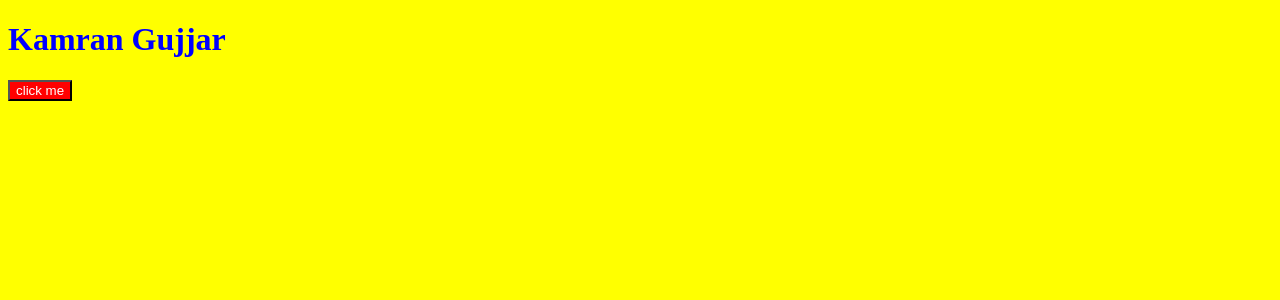
Repository: Kamrangujjar85112/Javascript-Vanilla-Projects
Page: index.html
These files come from the project's save history. The page is drawn as it stood at one moment and after the next save; the edit follows.
The browser window is 1280 px wide. The pictures show the whole page.

Above is the page before, as saved 2022-01-16 20:32:45.

After the next save:
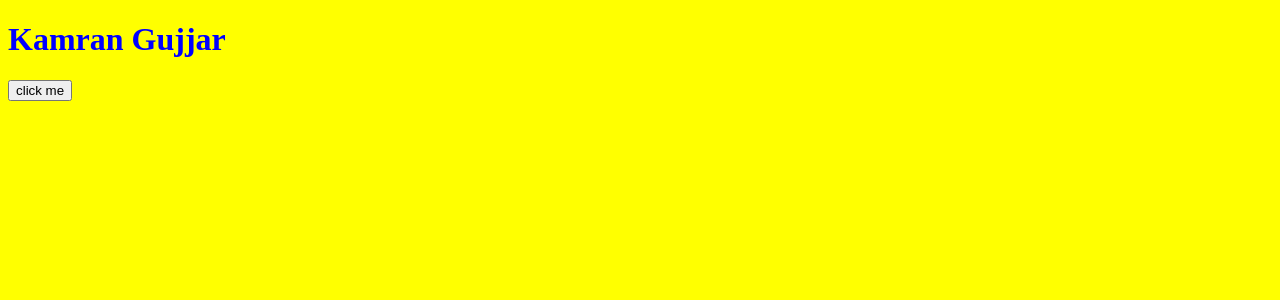
Console error: TypeError: Cannot read properties of null (reading 'style')
Saved 56 s later.
--- a/index.html
+++ b/index.html
@@ -8,7 +8,7 @@
 </head>
 <body>
     <h1>Kamran Gujjar</h1>
-    <button id="btn">click me</button>
+    <button class ="btn">click me</button>
     <script src="app.js"></script>
 </body>
 </html>

After the 4 saves that followed:
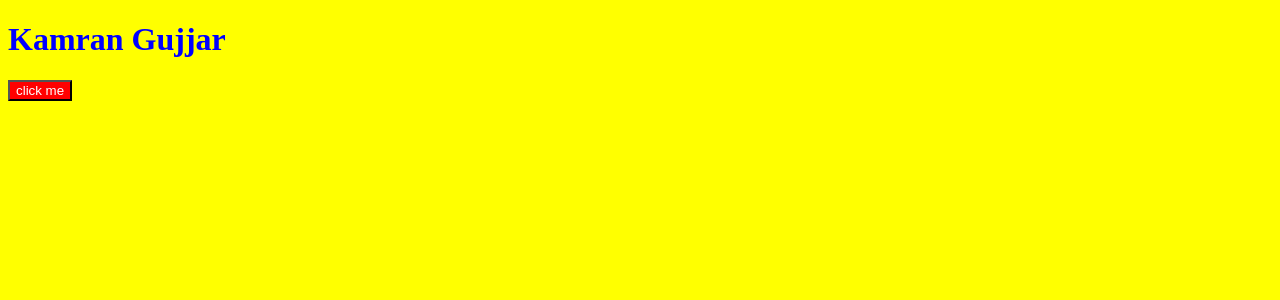
The error is gone.
The 4 saves are shown as one change because 3 left the picture as it was.
The last was saved 74 s later.
--- a/index.html
+++ b/index.html
@@ -8,7 +8,7 @@
 </head>
 <body>
     <h1>Kamran Gujjar</h1>
-    <button class ="btn">click me</button>
+    <button class ="btn" id="btn">click me</button>
     <script src="app.js"></script>
 </body>
 </html>
